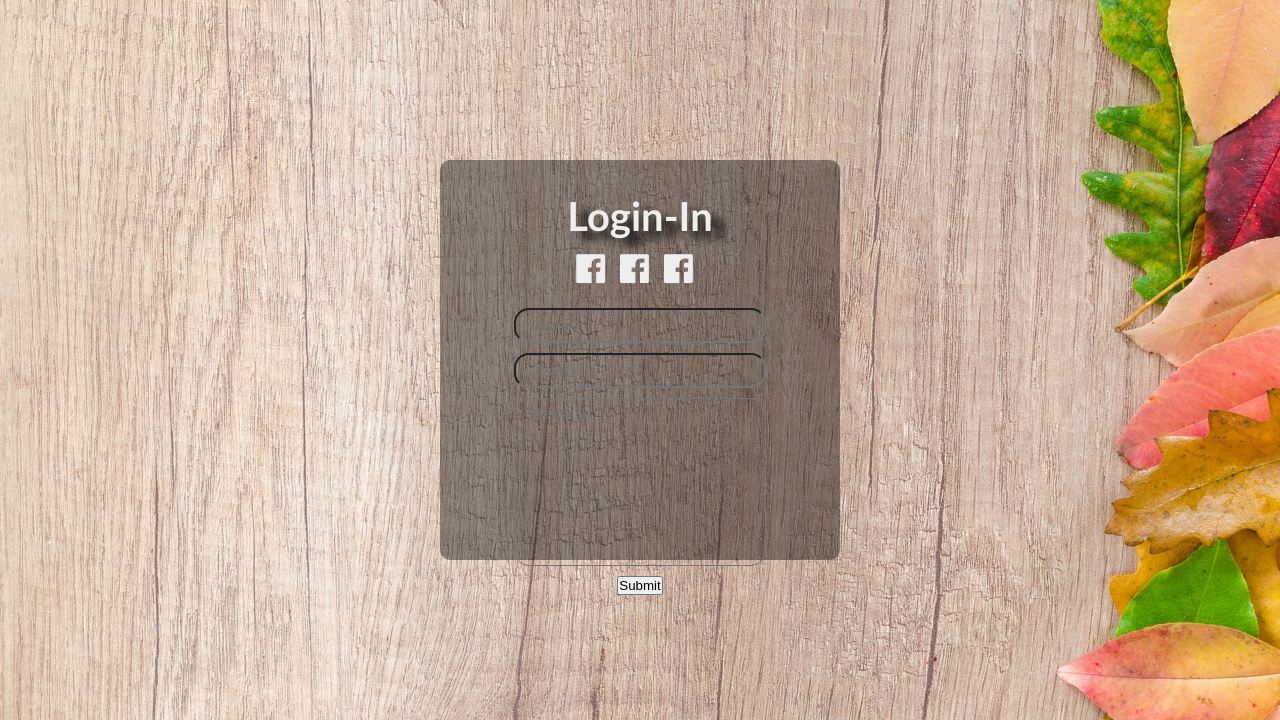
Repository: imedakrouti/BookStore
Page: ex.html
The author's editor kept a copy of each file at every save. The page is drawn from the files as they stood at one save, then again after the next save.
The browser window is 1280 px wide. The pictures show the whole page.
Some web libraries are served in a nearby version.

Above is the page before, as saved 2020-05-08 15:43:59.

After the next save:
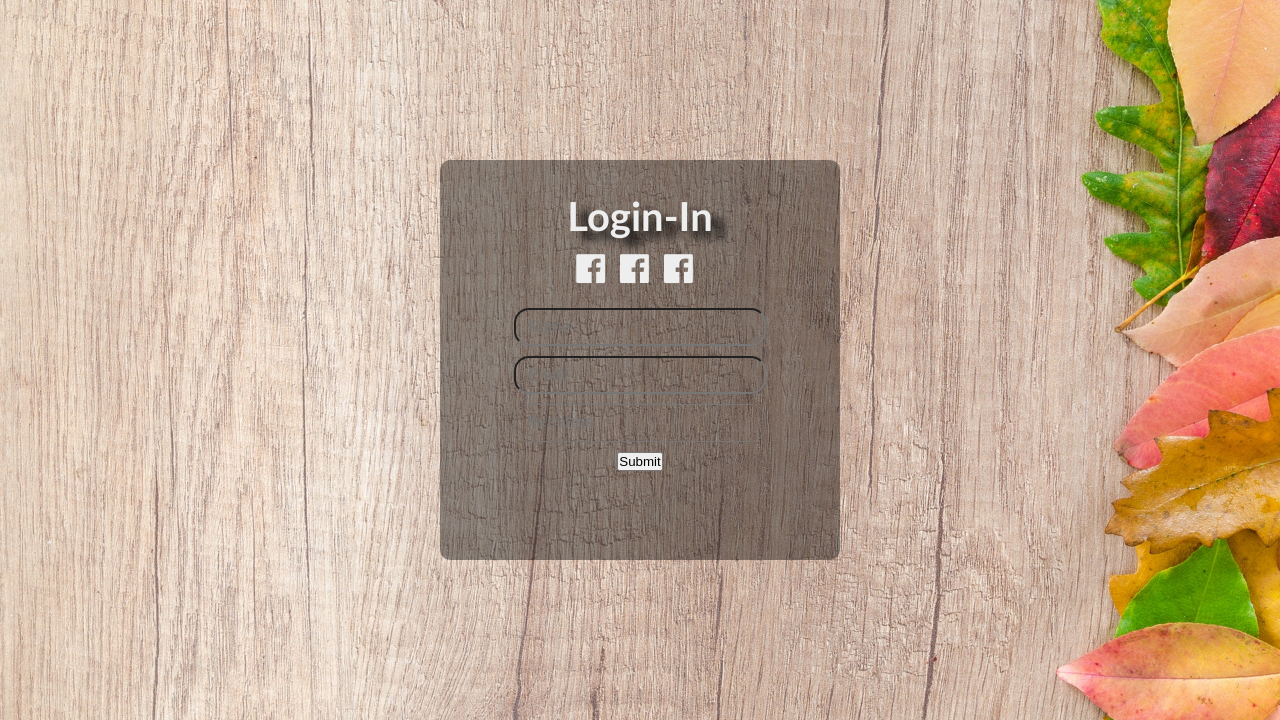
Saved 71 s later.
--- a/ex.html
+++ b/ex.html
@@ -50,7 +50,10 @@
     .form-contact input[type='email'],
     .form-contact textarea{
         display: block;
-        padding:8px 20px;
+        height: calc(2.25rem + 2px);
+        padding: 0.375rem 0.75rem;
+        font-size: 1rem;
+        line-height: 1.5;
         margin: 10px auto;
         width: 70%;
         resize: none;
